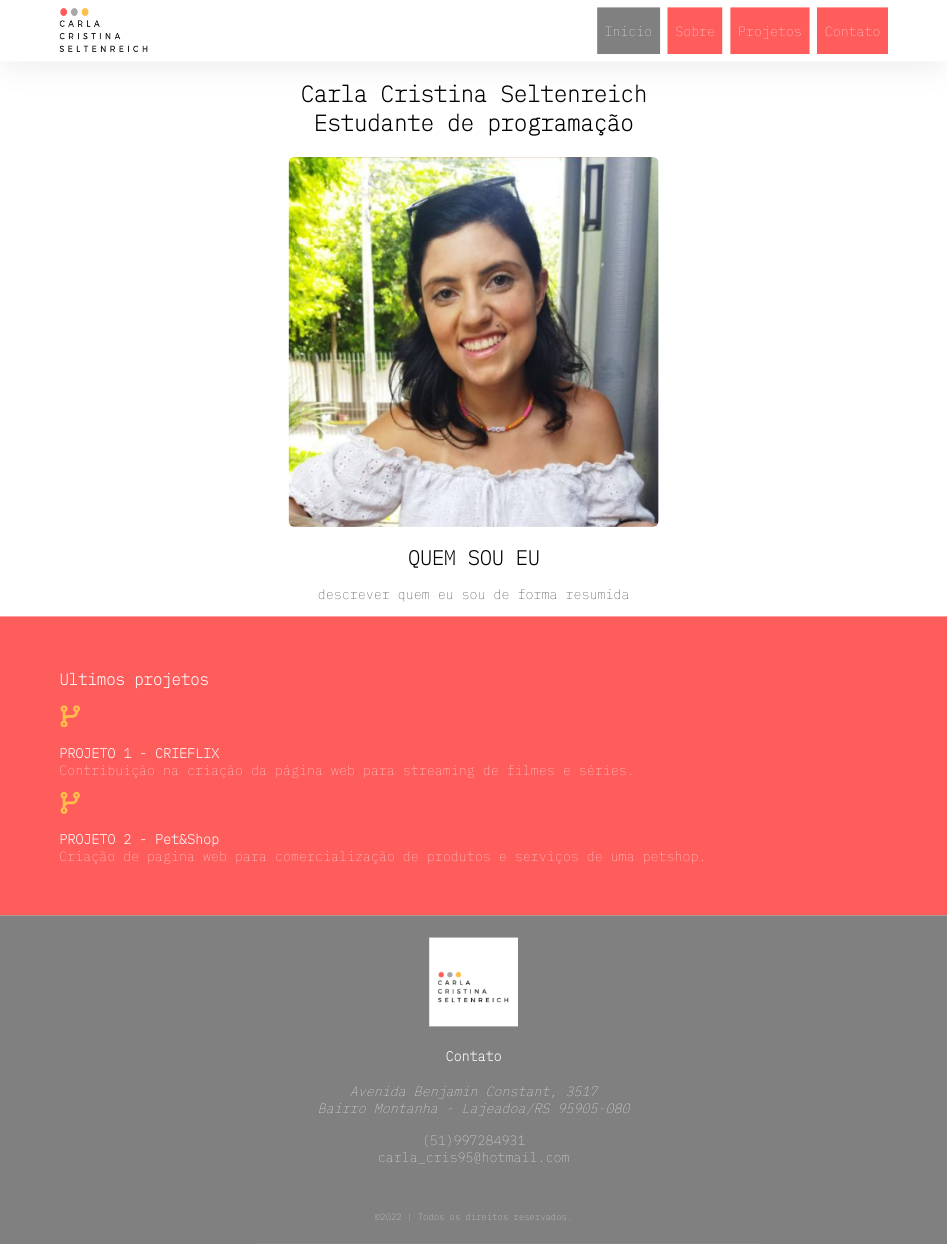
Repository: carla-seltenreich/portfolio
Page: index.html
The author's editor kept a copy of each file at every save. The page is drawn from the files as they stood at one save, then again after the next save.
The browser window is 1280 px wide. The pictures show the whole page, at 74% of full size.

Above is the page before, as saved 2022-05-25 15:22:25.

### index.html
<!DOCTYPE html>
<html lang="en">

<head>
    <meta charset="UTF-8">
    <meta http-equiv="X-UA-Compatible" content="IE=edge">
    <meta name="viewport" content="width=device-width, initial-scale=1.0">
    <title>Carla Cristina Seltenreich</title>
    <link rel="preconnect" href="https://fonts.googleapis.com">
    <link rel="preconnect" href="https://fonts.gstatic.com" crossorigin>
    <link rel="stylesheet" href="style.css">

    <link href="preconnect" href="https://fonts.googleapis.com">
    <link rel="preconnect" href="https://fonts.gstatic.com" crossorigin>
    <link href="https://fonts.googleapis.com/css2?family=IBM+Plex+Mono:wght@100&family=Questrial&display=swap"
        rel="stylesheet">
</head>

<body>
    <header class="header">
        <div class="container header-container">
            <img src="Carla cristina sELTENREICH.jpg" alt="logo" class="brand">
            <ul class="nav">
                <li>
                    <a href="index.html" class="active">Inicio</a>
                </li>
                <li>
                    <a href="about.html">Sobre</a>
                </li>
                <li>
                    <a href="project.html">Projetos</a>
                </li>
                <li>
                    <a href="contact.html">Contato</a>
                </li>
            </ul>
        </div>
    </header>
    <div class="name">
        <h1 class="name-title">
            Carla Cristina Seltenreich<br>
            Estudante de programação
        </h1>
    </div>
    </header>
    <section class="banner">
        <img class="photo-banner" src="carla.png">
    </section>
    <section class="about-home">
        <div class="text-about-home">
            <h1>QUEM SOU EU</h1>
            <P>descrever quem eu sou de forma resumida</P>
        </div>
    </section>
    <section class="lastest-projects-home">
        <div class="container">
            <h3>Ultimos projetos</h3>
            <img src="code-branch-solid.svg" alt="logo-project" class="logo-project">
            <p><strong>PROJETO 1 - CRIEFLIX</strong><br>
                Contribuição na criação da página web para streaming de filmes e séries.</p>
            <img src="code-branch-solid.svg" alt="logo-project" class="logo-project">
            <p><strong>PROJETO 2 - Pet&Shop</strong><br>
                Criação de pagina web para comercialização de produtos e serviços de uma petshop.<br>
            </p>
        </div>

    </section>
    <footer class="footer">
        <div class="container">
            <img src="Carla cristina sELTENREICH.png" alt="logo" class="brand">
            <div class="footer-container">
                <div class="footer-contact">
                    <h4>Contato</h4>

                    <address>Avenida Benjamin Constant, 3517 <br />Bairro Montanha - Lajeadoa/RS 95905-080
                    </address>
                    <a href="#">(51)997284931</a>
                    <a href="#">carla_cris95@hotmail.com</a>
                </div>

                <div class="footer-social-medias">
                    <ul class="social-medias">
                       <li><a href="#"><img src="facebook-brands (1).svg" alt="logo-facebook" class="logo-socialmedia"></a></li>
                       <li><a href="#"><img src="instagram-brands (1).svg" alt="logo-instagram" class="logo-socialmedia"></a></li>
                        <li><a href="#"><img src="github-brands.svg" alt="logo-github" class="logo-socialmedia"></a></li>
                        <li><a href="#"><img src="twitter-brands (1).svg" alt="logo-twitter" class="logo-socialmedia"></a></li>
                    </ul>
                </div>
                <div class="copyright">©2022 | Todos os direitos reservados.</div>
            </div>
    </footer>
</body>

</html>

### style.css
body {
    font-family: 'IBM Plex Mono';
    font-size: 18px;
    padding-top: 120px;
    margin: 0;
}

.container {
    max-width: 1120px;
    margin: 0 auto;
}
.header {
    background: #fff;
    position: absolute;
    width: 100%;
    text-align: center;
    top: 0;
    z-index: 1;
    padding: 10px 0;
    box-shadow: 0 0 50px rgba(0, 0, 0, 0.1);
    box-sizing: border-box;
    align-items: center;
}

.brand {
    max-width: 120px;
}

.nav {
    margin: 0;
    padding: 0;
    list-style: none;
}
.nav li {
    background-color: #ff5c5c;
    display: inline-block;
}
.nav a {
    color: #fff;
    display: block;
    padding: 5px;
    text-decoration: none;
}
.nav a:hover {
    color: gray;

}
.nav a.active {
    color: #fff;
    background: gray;
}
.name {
    padding: 7px;
}
.name-title {
    text-align: center;
    font-size: 30px;
}


.photo-banner {
    background-color: #ff5c5c;
    width: 500px;
    display: block;
    max-width: 100%;
    margin: 0 auto;
    border-radius: 8px;
}
.lastest-projects-home {
    background-color: #ff5c5c;
    color: #fff;
    padding: 50px;
    position: center;
}
.logo-project {
    width: 30px;
    height: 30px;
}

.text-about-home {
    text-align: center;
}

.footer {
    color: #fff;
    background: grey;
    padding: 30px 0;
    text-align: center;
}

.footer-container {
    display: block;
    justify-content: center;
}
.footer-contact a {
    display: block;
    color: #fff;
    text-decoration: none;
}

.footer-social-medias {

}

.social-medias li {
    display: inline-block;
}
.social-meidas a {
    color: red;
    display: block;
    font-size: 20px;
    padding: 20px 10px;
    text-decoration: none;
}
.footer-contact address {
    margin-bottom: 20px;
}

.copyright {
    font-size: 12px;
    margin-top: 20px;
}

@media screen and (min-width: 768px) {
    body {
        padding-top: 80px;
    }
    .header-container {
        display: flex;
        justify-content: space-between;
    }
    .nav a {
        padding: 20px 10px;
    }
}

### code-branch-solid.svg
<svg xmlns="http://www.w3.org/2000/svg" viewBox="0 0 448 512"><!--! Font Awesome Pro 6.1.1 by @fontawesome - https://fontawesome.com License - https://fontawesome.com/license (Commercial License) Copyright 2022 Fonticons, Inc. --><path fill= "#ffbd4a" d="M160 80C160 112.8 140.3 140.1 112 153.3V241.1C130.8 230.2 152.7 224 176 224H272C307.3 224 336 195.3 336 160V153.3C307.7 140.1 288 112.8 288 80C288 35.82 323.8 0 368 0C412.2 0 448 35.82 448 80C448 112.8 428.3 140.1 400 153.3V160C400 230.7 342.7 288 272 288H176C140.7 288 112 316.7 112 352V358.7C140.3 371 160 399.2 160 432C160 476.2 124.2 512 80 512C35.82 512 0 476.2 0 432C0 399.2 19.75 371 48 358.7V153.3C19.75 140.1 0 112.8 0 80C0 35.82 35.82 0 80 0C124.2 0 160 35.82 160 80V80zM80 104C93.25 104 104 93.25 104 80C104 66.75 93.25 56 80 56C66.75 56 56 66.75 56 80C56 93.25 66.75 104 80 104zM368 56C354.7 56 344 66.75 344 80C344 93.25 354.7 104 368 104C381.3 104 392 93.25 392 80C392 66.75 381.3 56 368 56zM80 456C93.25 456 104 445.3 104 432C104 418.7 93.25 408 80 408C66.75 408 56 418.7 56 432C56 445.3 66.75 456 80 456z"/></svg>

### facebook-brands (1).svg
<svg xmlns="http://www.w3.org/2000/svg" viewBox="0 0 512 512"><!--! Font Awesome Pro 6.1.1 by @fontawesome - https://fontawesome.com License - https://fontawesome.com/license (Commercial License) Copyright 2022 Fonticons, Inc. --><path d="M504 256C504 119 393 8 256 8S8 119 8 256c0 123.78 90.69 226.38 209.25 245V327.69h-63V256h63v-54.64c0-62.15 37-96.48 93.67-96.48 27.14 0 55.52 4.84 55.52 4.84v61h-31.28c-30.8 0-40.41 19.12-40.41 38.73V256h68.78l-11 71.69h-57.78V501C413.31 482.38 504 379.78 504 256z"/></svg>

### instagram-brands (1).svg
<svg xmlns="http://www.w3.org/2000/svg" viewBox="0 0 448 512"><!--! Font Awesome Pro 6.1.1 by @fontawesome - https://fontawesome.com License - https://fontawesome.com/license (Commercial License) Copyright 2022 Fonticons, Inc. --><path d="M224.1 141c-63.6 0-114.9 51.3-114.9 114.9s51.3 114.9 114.9 114.9S339 319.5 339 255.9 287.7 141 224.1 141zm0 189.6c-41.1 0-74.7-33.5-74.7-74.7s33.5-74.7 74.7-74.7 74.7 33.5 74.7 74.7-33.6 74.7-74.7 74.7zm146.4-194.3c0 14.9-12 26.8-26.8 26.8-14.9 0-26.8-12-26.8-26.8s12-26.8 26.8-26.8 26.8 12 26.8 26.8zm76.1 27.2c-1.7-35.9-9.9-67.7-36.2-93.9-26.2-26.2-58-34.4-93.9-36.2-37-2.1-147.9-2.1-184.9 0-35.8 1.7-67.6 9.9-93.9 36.1s-34.4 58-36.2 93.9c-2.1 37-2.1 147.9 0 184.9 1.7 35.9 9.9 67.7 36.2 93.9s58 34.4 93.9 36.2c37 2.1 147.9 2.1 184.9 0 35.9-1.7 67.7-9.9 93.9-36.2 26.2-26.2 34.4-58 36.2-93.9 2.1-37 2.1-147.8 0-184.8zM398.8 388c-7.8 19.6-22.9 34.7-42.6 42.6-29.5 11.7-99.5 9-132.1 9s-102.7 2.6-132.1-9c-19.6-7.8-34.7-22.9-42.6-42.6-11.7-29.5-9-99.5-9-132.1s-2.6-102.7 9-132.1c7.8-19.6 22.9-34.7 42.6-42.6 29.5-11.7 99.5-9 132.1-9s102.7-2.6 132.1 9c19.6 7.8 34.7 22.9 42.6 42.6 11.7 29.5 9 99.5 9 132.1s2.7 102.7-9 132.1z"/></svg>

### github-brands.svg
<svg xmlns="http://www.w3.org/2000/svg" viewBox="0 0 496 512"><!--! Font Awesome Pro 6.1.1 by @fontawesome - https://fontawesome.com License - https://fontawesome.com/license (Commercial License) Copyright 2022 Fonticons, Inc. --><path d="M165.9 397.4c0 2-2.3 3.6-5.2 3.6-3.3.3-5.6-1.3-5.6-3.6 0-2 2.3-3.6 5.2-3.6 3-.3 5.6 1.3 5.6 3.6zm-31.1-4.5c-.7 2 1.3 4.3 4.3 4.9 2.6 1 5.6 0 6.2-2s-1.3-4.3-4.3-5.2c-2.6-.7-5.5.3-6.2 2.3zm44.2-1.7c-2.9.7-4.9 2.6-4.6 4.9.3 2 2.9 3.3 5.9 2.6 2.9-.7 4.9-2.6 4.6-4.6-.3-1.9-3-3.2-5.9-2.9zM244.8 8C106.1 8 0 113.3 0 252c0 110.9 69.8 205.8 169.5 239.2 12.8 2.3 17.3-5.6 17.3-12.1 0-6.2-.3-40.4-.3-61.4 0 0-70 15-84.7-29.8 0 0-11.4-29.1-27.8-36.6 0 0-22.9-15.7 1.6-15.4 0 0 24.9 2 38.6 25.8 21.9 38.6 58.6 27.5 72.9 20.9 2.3-16 8.8-27.1 16-33.7-55.9-6.2-112.3-14.3-112.3-110.5 0-27.5 7.6-41.3 23.6-58.9-2.6-6.5-11.1-33.3 2.6-67.9 20.9-6.5 69 27 69 27 20-5.6 41.5-8.5 62.8-8.5s42.8 2.9 62.8 8.5c0 0 48.1-33.6 69-27 13.7 34.7 5.2 61.4 2.6 67.9 16 17.7 25.8 31.5 25.8 58.9 0 96.5-58.9 104.2-114.8 110.5 9.2 7.9 17 22.9 17 46.4 0 33.7-.3 75.4-.3 83.6 0 6.5 4.6 14.4 17.3 12.1C428.2 457.8 496 362.9 496 252 496 113.3 383.5 8 244.8 8zM97.2 352.9c-1.3 1-1 3.3.7 5.2 1.6 1.6 3.9 2.3 5.2 1 1.3-1 1-3.3-.7-5.2-1.6-1.6-3.9-2.3-5.2-1zm-10.8-8.1c-.7 1.3.3 2.9 2.3 3.9 1.6 1 3.6.7 4.3-.7.7-1.3-.3-2.9-2.3-3.9-2-.6-3.6-.3-4.3.7zm32.4 35.6c-1.6 1.3-1 4.3 1.3 6.2 2.3 2.3 5.2 2.6 6.5 1 1.3-1.3.7-4.3-1.3-6.2-2.2-2.3-5.2-2.6-6.5-1zm-11.4-14.7c-1.6 1-1.6 3.6 0 5.9 1.6 2.3 4.3 3.3 5.6 2.3 1.6-1.3 1.6-3.9 0-6.2-1.4-2.3-4-3.3-5.6-2z"/></svg>

### twitter-brands (1).svg
<svg xmlns="http://www.w3.org/2000/svg" viewBox="0 0 512 512"><!--! Font Awesome Pro 6.1.1 by @fontawesome - https://fontawesome.com License - https://fontawesome.com/license (Commercial License) Copyright 2022 Fonticons, Inc. --><path d="M459.37 151.716c.325 4.548.325 9.097.325 13.645 0 138.72-105.583 298.558-298.558 298.558-59.452 0-114.68-17.219-161.137-47.106 8.447.974 16.568 1.299 25.34 1.299 49.055 0 94.213-16.568 130.274-44.832-46.132-.975-84.792-31.188-98.112-72.772 6.498.974 12.995 1.624 19.818 1.624 9.421 0 18.843-1.3 27.614-3.573-48.081-9.747-84.143-51.98-84.143-102.985v-1.299c13.969 7.797 30.214 12.67 47.431 13.319-28.264-18.843-46.781-51.005-46.781-87.391 0-19.492 5.197-37.36 14.294-52.954 51.655 63.675 129.3 105.258 216.365 109.807-1.624-7.797-2.599-15.918-2.599-24.04 0-57.828 46.782-104.934 104.934-104.934 30.213 0 57.502 12.67 76.67 33.137 23.715-4.548 46.456-13.32 66.599-25.34-7.798 24.366-24.366 44.833-46.132 57.827 21.117-2.273 41.584-8.122 60.426-16.243-14.292 20.791-32.161 39.308-52.628 54.253z"/></svg>

After the next save:
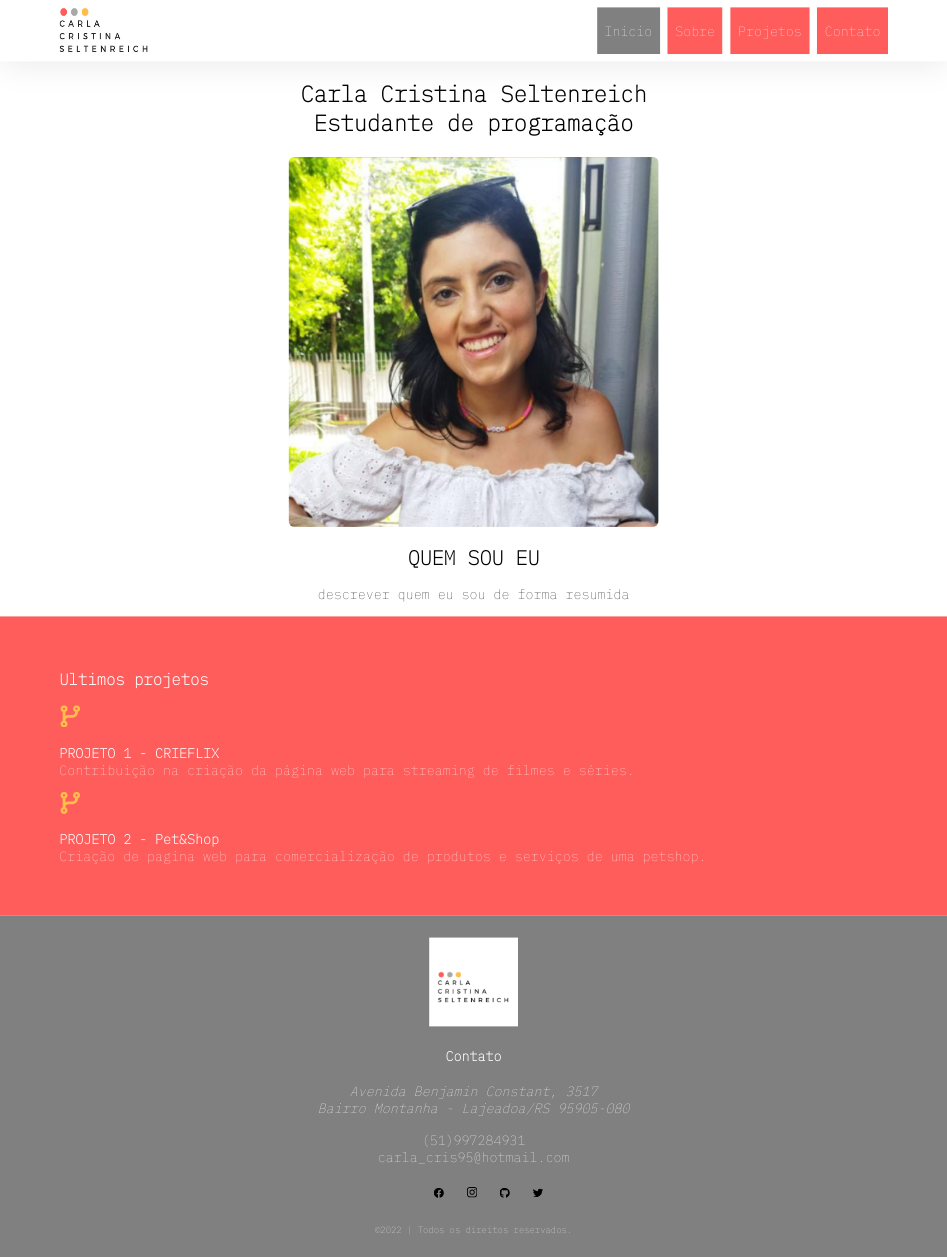
Saved 2 min 4 s later.
--- a/style.css
+++ b/style.css
@@ -112,6 +112,10 @@ body {
     padding: 20px 10px;
     text-decoration: none;
 }
+.logo-socialmedia {
+    width: 14px;
+    padding: 10px;
+}
 .footer-contact address {
     margin-bottom: 20px;
 }
